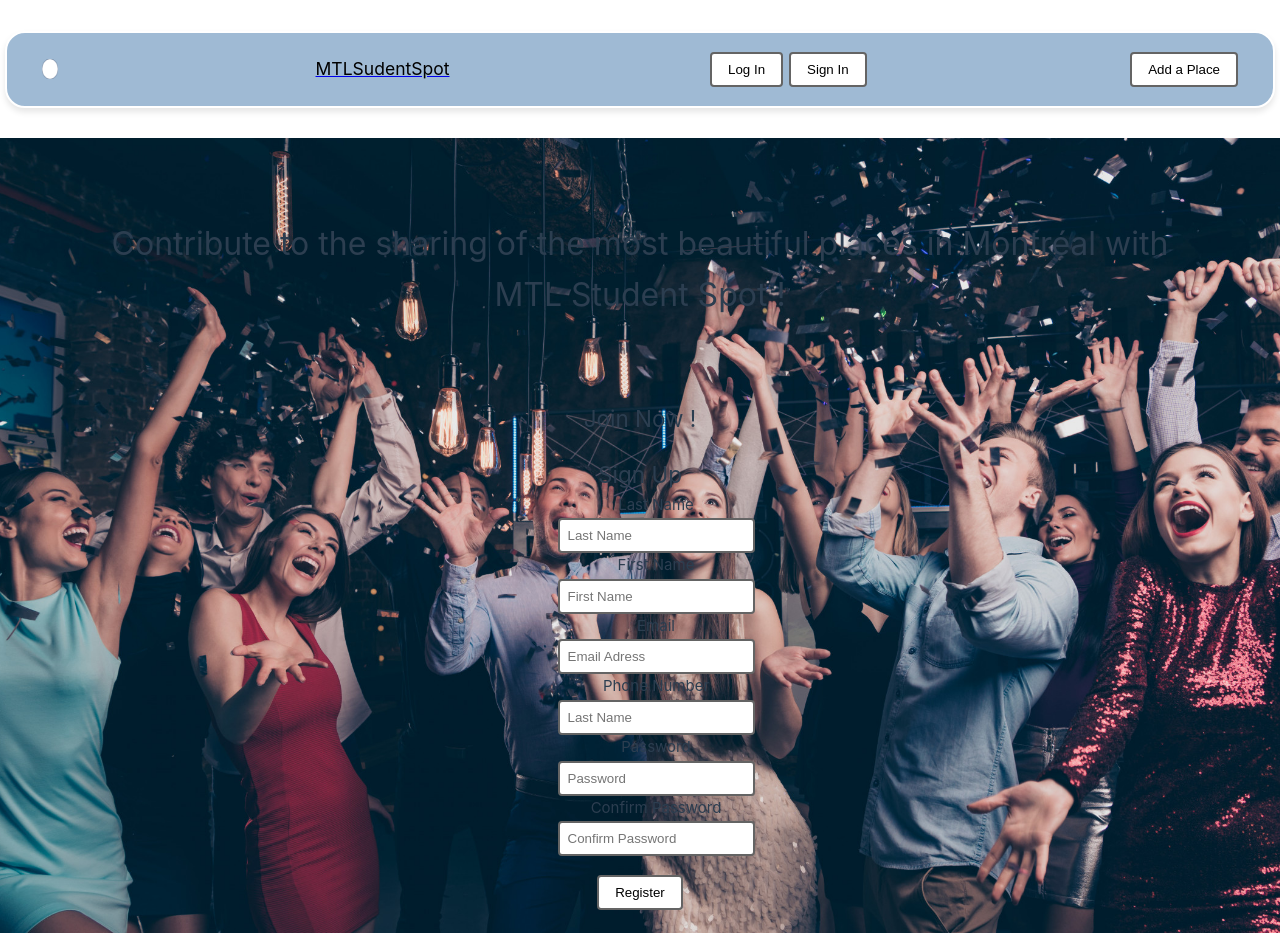
Repository: KevMn6ix/MOD8-2232-GRA-Damois-Leroi--Morant-Munto
Page: /register (app in client/)
The author's editor kept a copy of each file at every save. The page is drawn from the files as they stood at one save, then again after the next save.
The browser window is 1280 px wide. The pictures show the whole page.
The project was rebuilt for these pictures with package versions that can differ from the ones it lists, and the page was loaded fresh each time. Also part of the build but not shown: client/vite.config.js, client/src/components/HelloWorld.vue, client/src/components/Login.vue, client/src/views/LoginPage.vue, client/src/components/RowLandingPage.vue, client/src/components/PlaceItem.vue, client/server/services/places-service.js, client/src/components/PlaceList.vue and 1 more.

Above is the page before, as saved 2023-10-18 16:15:22.

After the next save:
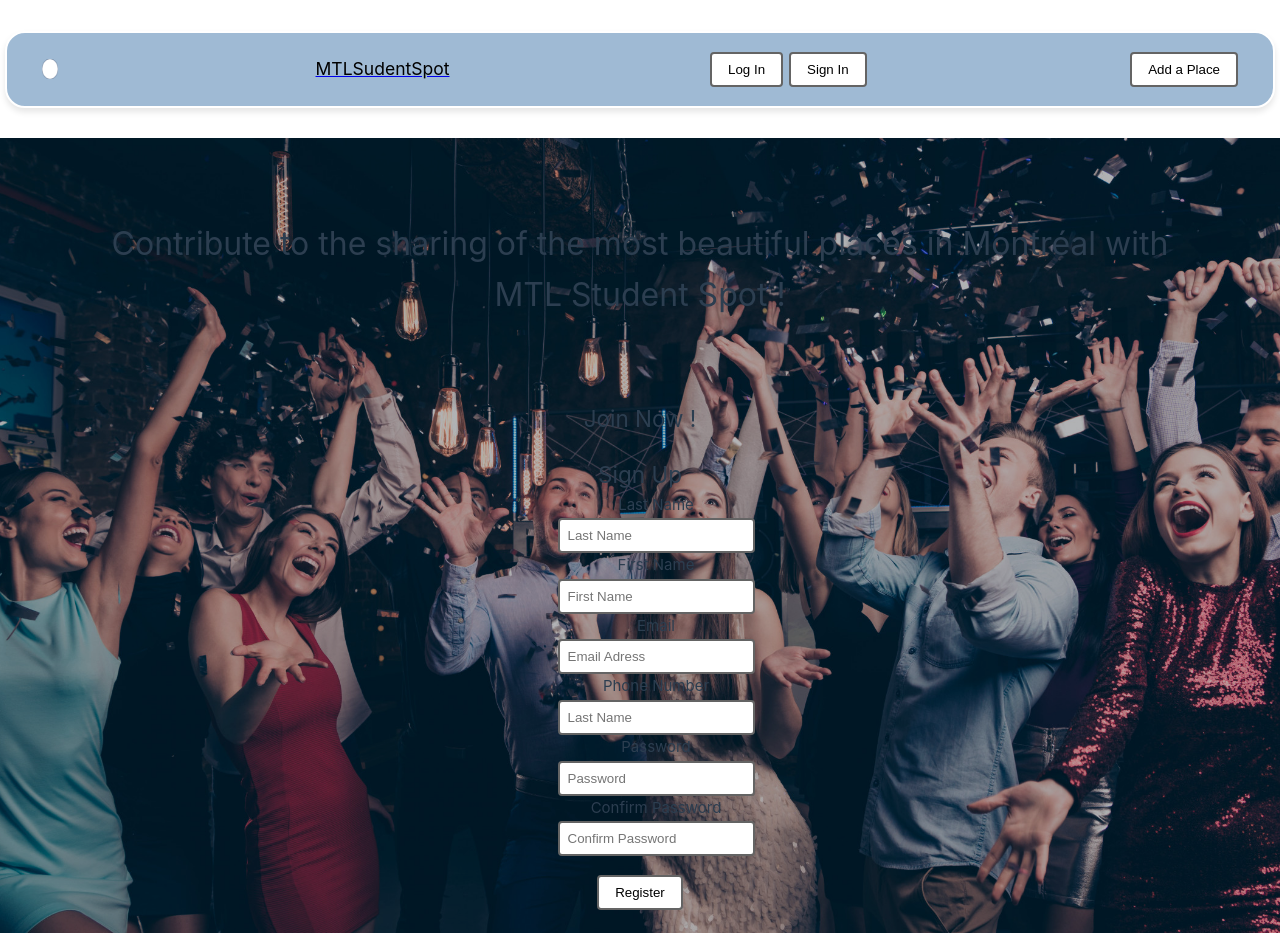
Saved 5 s later.
--- a/client/src/components/Register.vue
+++ b/client/src/components/Register.vue
@@ -124,7 +124,7 @@
     right: 0;
     bottom: 0;
     left: 0;
-    background-color: rgba(2, 7, 16, 0.é4);
+    background-color: rgba(2, 7, 16, 0.24);
     z-index: -1;
 
 }

After the save that followed:
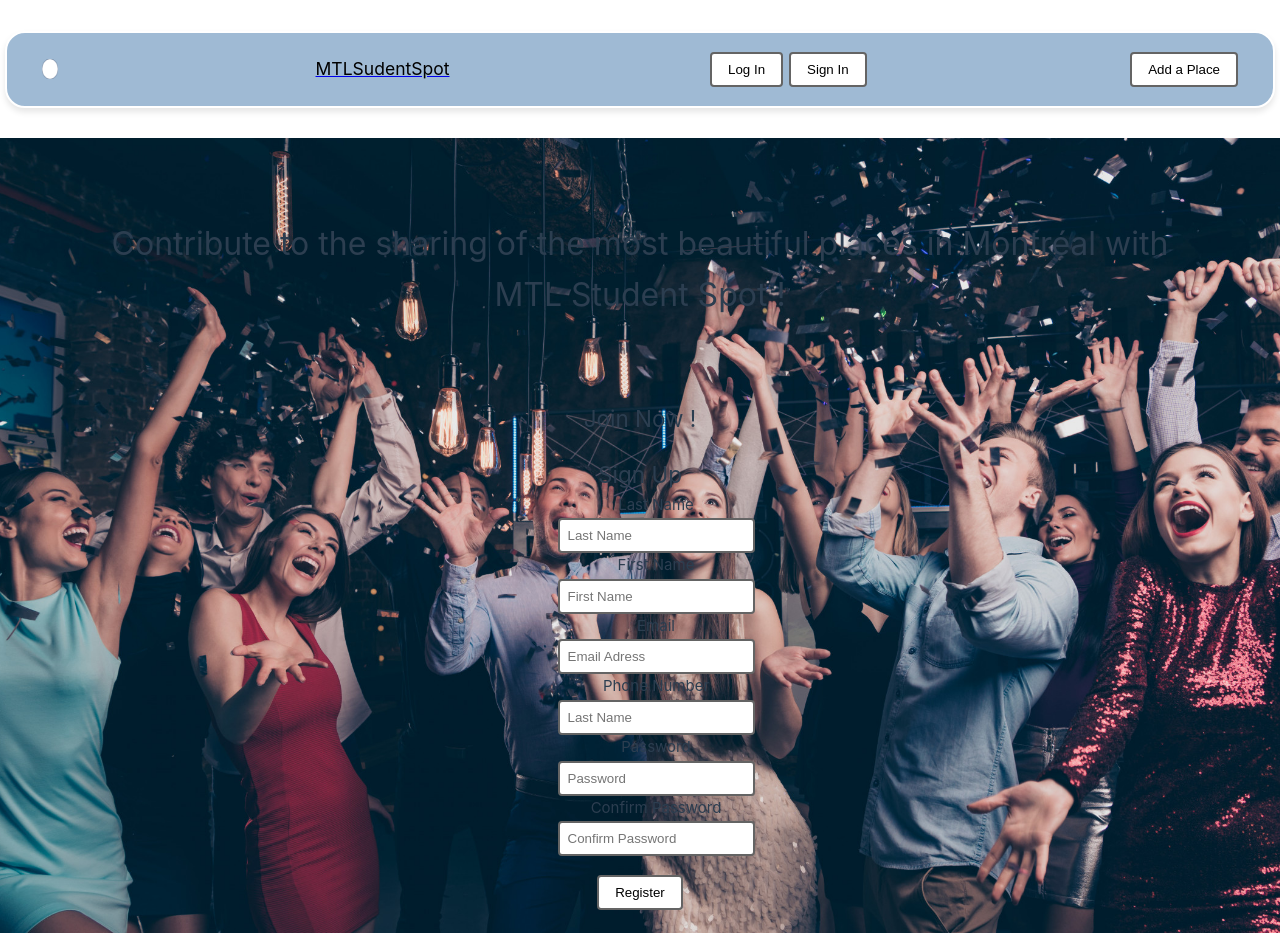
Saved 2 min 1 s later.
--- a/client/src/components/Register.vue
+++ b/client/src/components/Register.vue
@@ -90,7 +90,30 @@
 
 <style scoped>
 
+:root{
 
+--color-navbar: #9fbad4;
+--text-navbar-color-default: #000;
+--color-input: #fff;
+--button-border: #646464;
+--color-button: #fff;
+--button-hover: #7faedc;
+}
+
+@media (prefers-color-scheme: dark){
+
+:root{
+
+    --text-navbar-color-default: #FFF;
+    --color-navbar: #211f1f;
+    --color-input: #312e2e;
+    --button-border: #646464;
+    --color-button: #312e2e;
+    --button-hover: #646464;
+
+}
+
+}
 
 header {
     padding-top: 1%;
@@ -124,7 +147,7 @@
     right: 0;
     bottom: 0;
     left: 0;
-    background-color: rgba(2, 7, 16, 0.24);
+    background-color: rgba(2, 7, 16, 0.2    4);
     z-index: -1;
 
 }
